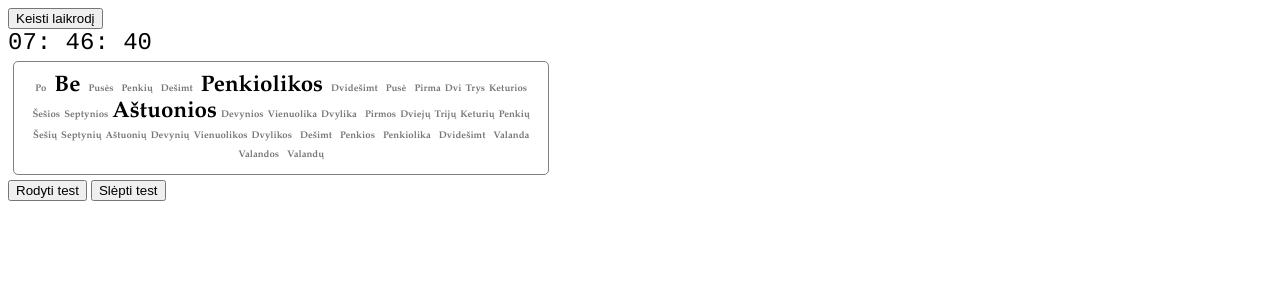
Repository: Skaidrius/WordClock
Page: index.html
The author's editor kept a record of every edit. The page is drawn from the files as they stood at one moment, then again after the next edit.
The browser window is 1280 px wide. The pictures show the whole page.
Some web libraries are served in a nearby version.

Above is the page before.

### index.html
<!DOCTYPE html>
<html>

<head>
    <meta charset="UTF-8">
    <title>Laikrodukas</title>
    <link type="text/css" rel="stylesheet" href="style.css"></link>
</head>

<body ng-app="clockApp">

    <div ng-controller="DataController" ng-init="init();">
        <button ng-click="changeClass()">Keisti laikrodį</button><br>
        <span class="digital">{{currHours}}: {{currMins}}: {{currSecs}}</span>

        <show-big-clock></show-big-clock>
    </div>


    <div ng-controller="TestController" ng-init="currHours = '1'; currMins = '0';">
        <button ng-click="show=true">Rodyti test</button>
        <button ng-click="show=false">Slėpti test</button>
        <div ng-show="show" id="clck-bgr">
        <ul>
            <li ng-class="currMins >= 5 && currMins < 25 || currMins >= 35 && currMins < 40 ? 'active' : 'passive'">{{after}}</li>
            <li ng-class="currMins >= 25 && currMins < 30 || currMins >= 40 ? 'active' : 'passive'">{{till}}</li>
            <li ng-class="currMins >= 35 && currMins < 40 ? 'active' : 'passive'">{{afterhalf}}</li>
            <li ng-class="currMins >= 25 && currMins < 30 || currMins >=  55 ? 'active' : 'passive'">{{fivetill}}</li>
            <li ng-class="currMins >= 50 && currMins < 55 ? 'active' : 'passive'">{{ten}}</li>
            <li ng-class="currMins >= 45 && currMins < 50 ? 'active' : 'passive'">{{quarter}}</li>
            <li ng-class="currMins >= 40 && currMins < 45 ? 'active' : 'passive'">{{twenty}}</li>
            <li ng-class="currMins >= 25 && currMins < 35 ? 'active' : 'passive'">{{half}}</li>

            <li ng-show="item.value!= 13" ng-repeat="item in hoursPastHalf" ng-class="currMins >= 40 && item.value-1 == currHours || currMins < 5 && item.value == currHours ? 'active' : 'passive'">{{item.name }}</li>

            <li ng-show="item.value!= 13" ng-repeat="item in hoursPastZero" ng-class="currMins >= 5 && currMins < 25 && item.value == currHours || currMins >= 25 && currMins < 40 && item.value-1 == currHours ? 'active' : 'passive'">{{item.name }}</li>

            <li ng-class="currMins > 9 && currMins < 15 || currHours == tenHours.value && currMins >= 0 && currMins < 25 || currMins >= 25 && currMins < 60 && tenHours.value-1 == currHours ? 'active' : 'passive'">{{tenHours.name}}</li>

            <li ng-class="currMins < 10 && five.value == currHours ||
                    currMins > 35 && five.value-1 == currHours ||
                    currMins >=5 && currMins < 10 ||
                    currMins >= 35 && currMins < 40 ? 'active' : 'passive'">{{five.name}}</li>

            <li ng-class="currMins >= 15 && currMins < 20? 'active' : 'passive'">{{fifteen}}</li>
            <li ng-class="currMins >= 20 && currMins < 25 ? 'active' : 'passive'">{{twenty}}</li>
            <li ng-class="currMins < 5 && currHours == 1 < 5 ? 'active' : 'passive'">{{hour}}</li>
            <li ng-class="currMins < 5 && currHours > 1 && currHours <= 9 ? 'active' : 'passive'">{{hours}}</li>
            <li ng-class="currMins < 5 && currHours > 9 ? 'active' : 'passive'">{{morehour}}</li>
        </ul>

        <div class="digital">
            <span>{{currHours}}: {{currMins}}</span><br>
         </div>
         <div>
            <input type="number" ng-model="currHours"/></label>
            <input type="number" ng-model="currMins"/></label>
         </div>

    </div>


<script src="https://ajax.googleapis.com/ajax/libs/angularjs/1.3.12/angular.min.js"></script>
<script type="text/javascript" src="app.js"></script>
</body>

</html>

### style.css
body {
    font-family: 'Book Antiqua', 'Palatino Linotype', Palatino, serif;
}

#clck-bgr {
    text-align: center;
}

#clck-bgr-1 {
    max-width: 300px;
}

ul {
    max-width: 512px;
    height: auto;
    border: 1px solid grey;
    border-radius: 5px;
    padding: 0.7em;
    margin: 5px;
}
ul li    {
    list-style: none;
    display: inline-block;
    padding: 0 2px;
    font-weight: bold;
}

.active   { color: #000; font-size: 1.4em}
.passive  { color: #777; font-size: 0.6em}

.visible   { visibility: visible; font-size: 1.4em}
.hidden  { display: none; font-size: 0.6em}

.digital {
    font-family: ‘Courier New’, Courier, monospace;
    font-size: 24px;
}

### app.js
var app = angular.module('clockApp', []);
  app.controller('DataController', function($scope, $interval, $filter) {

    $scope.init = $interval(function(){
        $scope.input = new Date();
        $scope.currHours = $filter('date')($scope.input, 'hh');
        $scope.currMins = $filter('date')($scope.input, 'mm');
        $scope.currSecs = $filter('date')($scope.input, 'ss');

        $scope.hoursPastHalf= [ {value:   1,     name: "Pirma" },
                        {value:   2,     name: "Dvi"        },
                        {value:   3,     name: "Trys"       },
                        {value:   4,     name: "Keturios"   },
                        {value:   6,     name: "Šešios"     },
                        {value:   7,     name: "Septynios"  },
                        {value:   8,     name: "Aštuonios"  },
                        {value:   9,     name: "Devynios"   },
                        {value:  11,     name: "Vienuolika" },
                        {value:  12,     name: "Dvylika"    },
                        {value:  13,     name: "Pirma"      } ];

        $scope.tenHours = {value:  10,     name: "Dešimt"   };
        $scope.five =   {value:  5,     name:  "Penkios"    };

        $scope.hoursPastZero = [ {value:  1,     name: "Pirmos"     },
                        {value:  2,     name: "Dviejų"      },
                        {value:  3,     name: "Trijų"       },
                        {value:  4,     name: "Keturių"     },
                        {value:  5,     name: "Penkių"      },
                        {value:  6,     name: "Šešių"       },
                        {value:  7,     name: "Septynių"    },
                        {value:  8,     name: "Aštuonių"    },
                        {value:  9,     name: "Devynių"     },
                        {value:  11,    name: "Vienuolikos" },
                        {value:  12,    name: "Dvylikos"    },
                        {value:  13,    name: "Pirmos"      }  ];

        $scope.till = "Be";
        $scope.after = "Po";

        $scope.fivetill = "Penkių";
        $scope.ten = "Dešimt";
        $scope.quarter = "Penkiolikos";
        $scope.fifteen = "Penkiolika";
        $scope.twenty = "Dvidešimt";
        $scope.half = "Pusė";
        $scope.afterhalf = "Pusės";

        $scope.hour = "Valanda";
        $scope.hours = "Valandos";
        $scope.morehour = "Valandų";

},100 );

    $scope.showClassName = 'active';
    $scope.hiddenClassName = 'passive';

    $scope.changeClass = function(){
        if ($scope.showClassName != "active"){
            $scope.showClassName = "active";
            $scope.hiddenClassName = "passive";
          } else {
            $scope.showClassName = "visible";
            $scope.hiddenClassName = "hidden";
          }
    };

});

// tests
app.controller('TestController', function($scope, $interval) {  //clone for testing

    $scope.init = $interval(function(){

        $scope.hoursPastHalf= [ {value:   1,     name: "Pirma" },
                        {value:   2,     name: "Dvi"        },
                        {value:   3,     name: "Trys"       },
                        {value:   4,     name: "Keturios"   },
                        {value:   6,     name: "Šešios"     },
                        {value:   7,     name: "Septynios"  },
                        {value:   8,     name: "Aštuonios"  },
                        {value:   9,     name: "Devynios"   },
                        {value:  11,     name: "Vienuolika" },
                        {value:  12,     name: "Dvylika"    },
                        {value:  13,     name: "Pirma"      } ];

        $scope.tenHours = {value:  10,  name: "Dešimt"      };
        $scope.five =   {value:  5,     name:  "Penkios"    };

        $scope.hoursPastZero = [ {value:  1,     name: "Pirmos"     },
                        {value:  2,     name: "Dviejų"      },
                        {value:  3,     name: "Trijų"       },
                        {value:  4,     name: "Keturių"     },
                        {value:  5,     name: "Penkių"      },
                        {value:  6,     name: "Šešių"       },
                        {value:  7,     name: "Septynių"    },
                        {value:  8,     name: "Aštuonių"    },
                        {value:  9,     name: "Devynių"     },
                        {value:  11,    name: "Vienuolikos" },
                        {value:  12,    name: "Dvylikos"    },
                        {value:  13,    name: "Pirmos"      }  ];

        $scope.till = "Be";
        $scope.after = "Po";

        $scope.fivetill = "Penkių";
        $scope.ten = "Dešimt";
        $scope.quarter = "Penkiolikos";
        $scope.fifteen = "Penkiolika";
        $scope.twenty = "Dvidešimt";
        $scope.half = "Pusė";
        $scope.afterhalf = "Pusės";

        $scope.hour = "Valanda";
        $scope.hours = "Valandos";
        $scope.morehour = "Valandų";

},100 );

});

app.directive('showBigClock', function(){
    return {
        templateUrl: 'clock.html'
    };
});

### clock.html
<div id="clck-bgr">
<ul>
    <li ng-class="currMins >= 5 && currMins < 25 || currMins >= 35 && currMins < 40 ? showClassName : hiddenClassName">{{after}}</li>
    <li ng-class="currMins >= 25 && currMins < 30 || currMins >= 40 ? showClassName : hiddenClassName">{{till}}</li>
    <li ng-class="currMins >= 35 && currMins < 40 ? showClassName : hiddenClassName ">{{afterhalf}}</li>
    <li ng-class="currMins >= 25 && currMins < 30 || currMins >=  55 ? showClassName : hiddenClassName">{{fivetill}}</li>
    <li ng-class="currMins >= 50 && currMins < 55 ? showClassName : hiddenClassName">{{ten}}</li>
    <li ng-class="currMins >= 45 && currMins < 50 ? showClassName : hiddenClassName">{{quarter}}</li>
    <li ng-class="currMins >= 40 && currMins < 45 ? showClassName : hiddenClassName">{{twenty}}</li>
    <li ng-class="currMins >= 25 && currMins < 35 ? showClassName : hiddenClassName">{{half}}</li>

    <li ng-show="item.value!= 13" ng-repeat="item in hoursPastHalf" ng-class="currMins >= 40 && item.value-1 == currHours || currMins < 5 && item.value == currHours ? showClassName : hiddenClassName">{{item.name }}</li>
    <li ng-show="item.value!= 13" ng-repeat="item in hoursPastZero" ng-class="currMins >= 5 && currMins < 25 && item.value == currHours || currMins >= 25 && currMins < 40 && item.value-1 == currHours ? showClassName : hiddenClassName">{{item.name }}</li>

    <li ng-class="currMins > 9 && currMins < 15 || currHours == tenHours.value && currMins >= 0 && currMins < 25 || currMins >= 25 && currMins < 60 && tenHours.value-1 == currHours ? showClassName : hiddenClassName">{{tenHours.name}}</li>

    <li ng-class="currMins < 10 && five.value == currHours ||
                    currMins > 35 && five.value-1 == currHours ||
                    currMins >=5 && currMins < 10 ||
                    currMins >= 35 && currMins < 40 ? showClassName : hiddenClassName">{{five.name}}</li>

    <li ng-class="currMins >= 15 && currMins < 20 ? showClassName : hiddenClassName">{{fifteen}}</li>
    <li ng-class="currMins >= 20 && currMins < 25 ? showClassName : hiddenClassName">{{twenty}}</li>
    <li ng-class="currMins < 5 && currHours == 1 < 5 ? showClassName : hiddenClassName">{{hour}}</li>
    <li ng-class="currMins < 5 && currHours > 1 && currHours <= 9 ? showClassName : hiddenClassName">{{hours}}</li>
    <li ng-class="currMins < 5 && currHours > 9 ? showClassName : hiddenClassName">{{morehour}}</li>
</ul>
</div>

After the next edit:
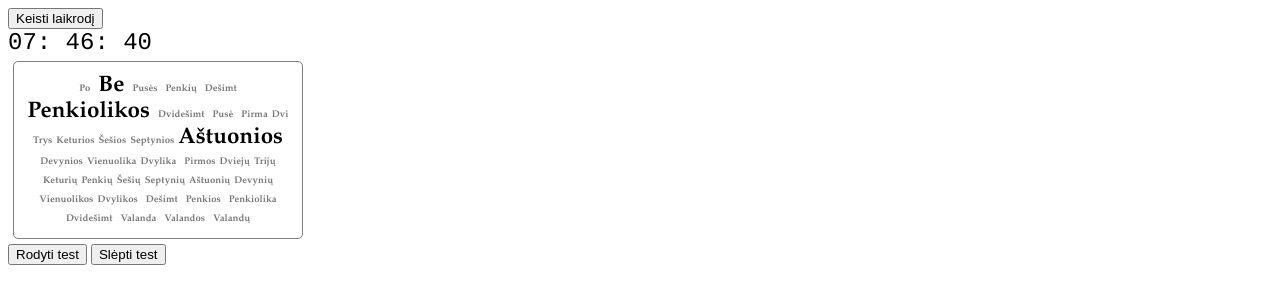
The edit:
--- a/style.css
+++ b/style.css
@@ -4,6 +4,7 @@
 
 #clck-bgr {
     text-align: center;
+    max-width: 300px;
 }
 
 #clck-bgr-1 {
